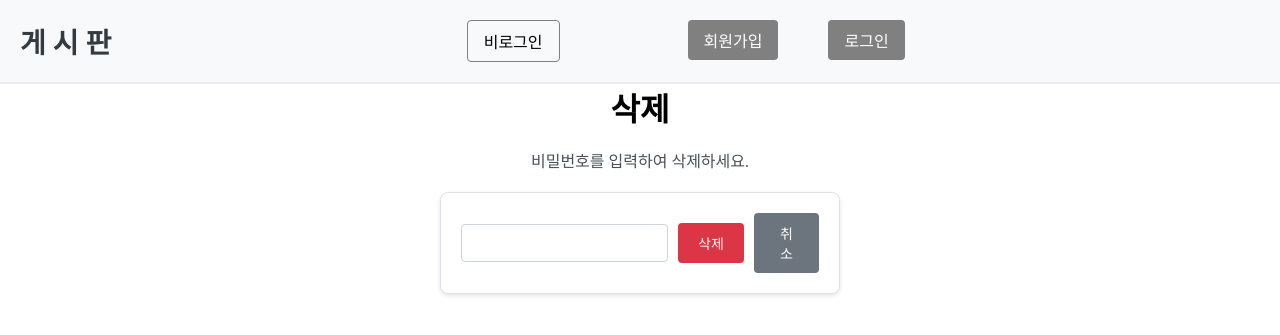
Repository: 1plus1equals3-true/Board-temp
Page: http://localhost/jsp/board/delete.jsp
The author's editor kept a copy of each file at every save. The page is drawn from the files as they stood at one save, then again after the next save.
The browser window is 1280 px wide. The pictures show the whole page.
The page is served by Tomcat 9.

Above is the page before, as saved 2025-09-10 06:25:03.

After the next save:
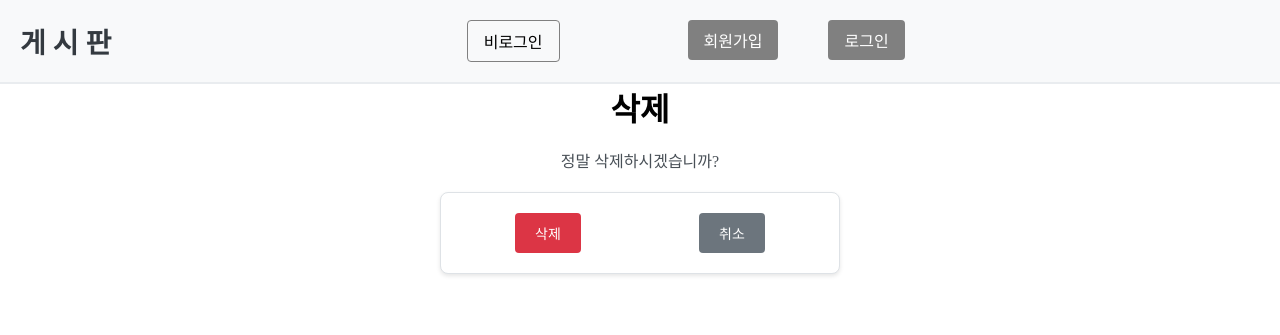
Saved 68 s later.
--- a/jsp/src/main/webapp/board/delete.jsp
+++ b/jsp/src/main/webapp/board/delete.jsp
@@ -82,9 +82,9 @@ String idx = request.getParameter("idx");
 <%@ include file="op_top.jsp" %>
 
 <h1>삭제</h1><br>
-<p class="delete-message">비밀번호를 입력하여 삭제하세요.</p>
+<p class="delete-message">정말 삭제하시겠습니까?</p>
 <form action="delete_proc.jsp?idx=<%= idx %>" method="post" class="delete-form">
-	<input type="password" name="delpass">
+	<!--<input type="password" name="delpass">-->
 	<input type="submit" value="삭제">
 	<a href="view.jsp?idx=<%= idx %>"><button type="button" class="btn-cancel">취소</button></a>
 </form>
